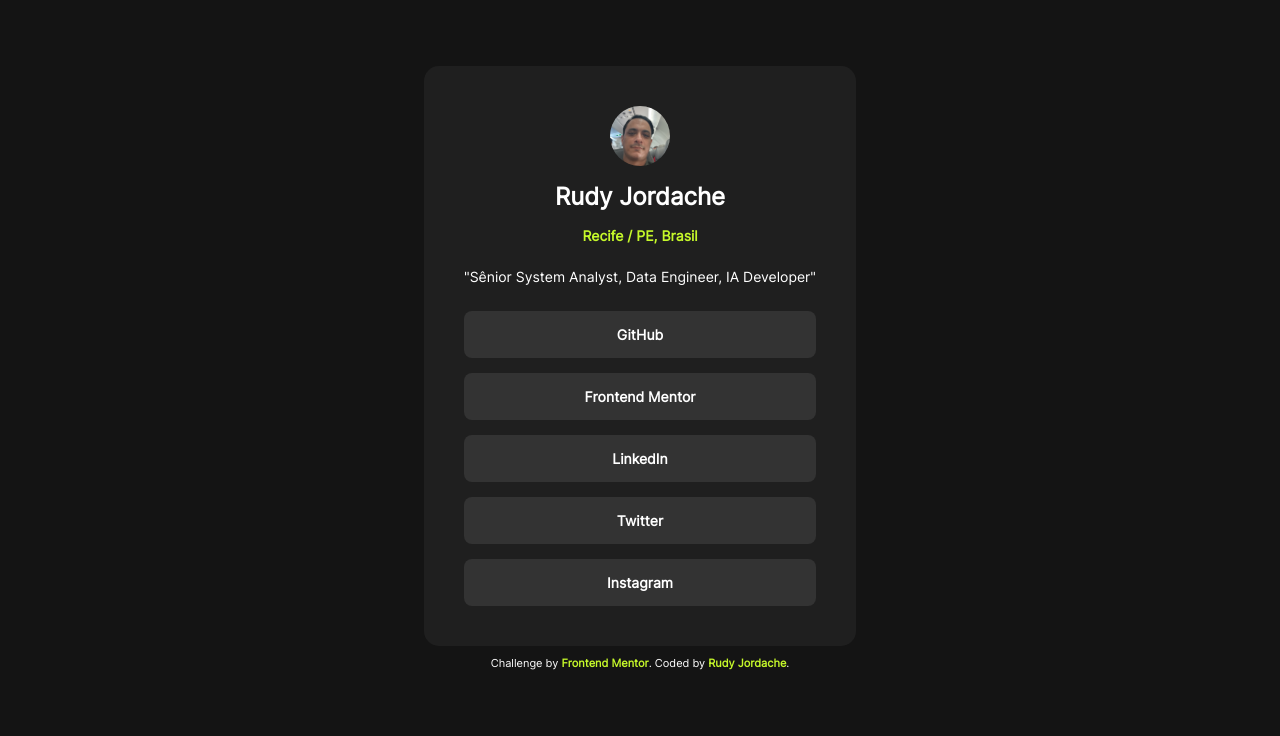
Repository: RudyJ/social-links-profile
Page: index.html
These files come from the project's save history. The page is drawn as it stood at one moment and after the next save; the edit follows.
The browser window is 1280 px wide. The pictures show the whole page.

Above is the page before, as saved 2024-04-02 20:29:42.

After the next save:
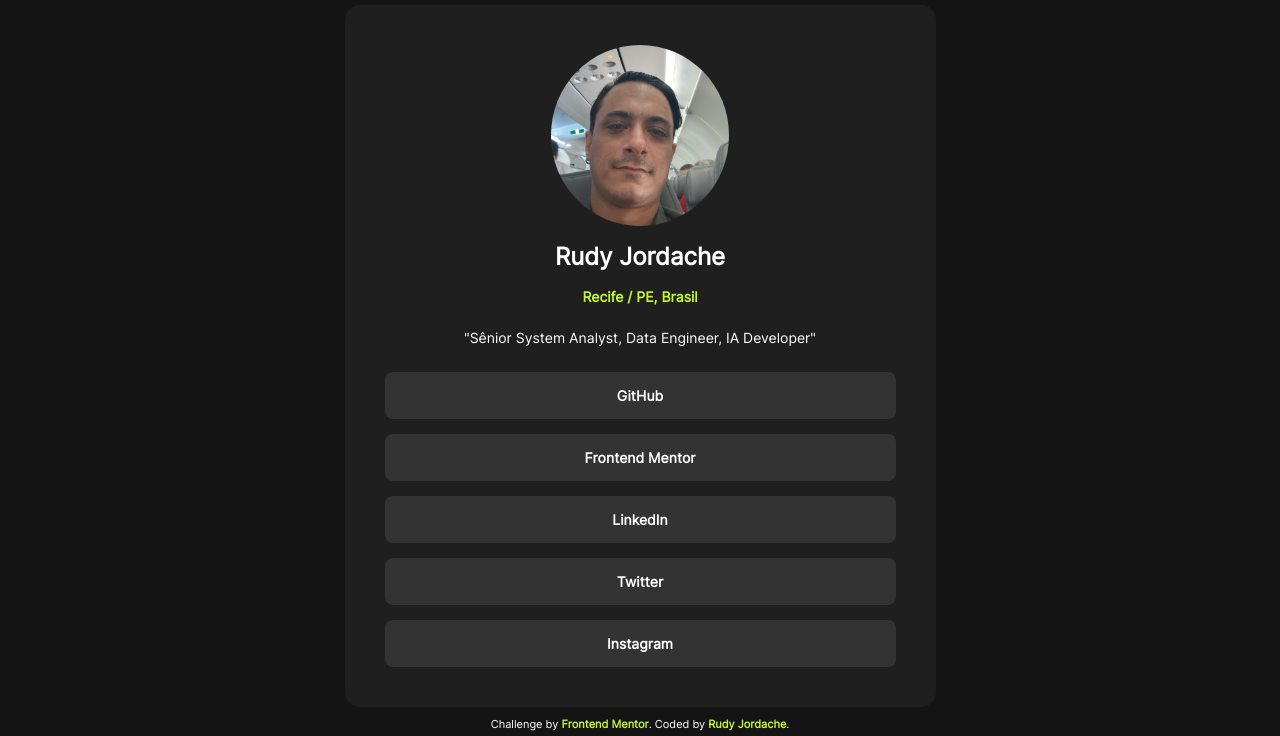
Saved 13 s later.
--- a/assets/css/style.css
+++ b/assets/css/style.css
@@ -29,8 +29,7 @@ body .card {
 }
 
 body .card .imagem {
-    width: 60px;
-    height: 60px;
+    width: 35%;
     border-radius: 50%;
     overflow: hidden;
     display: block;
